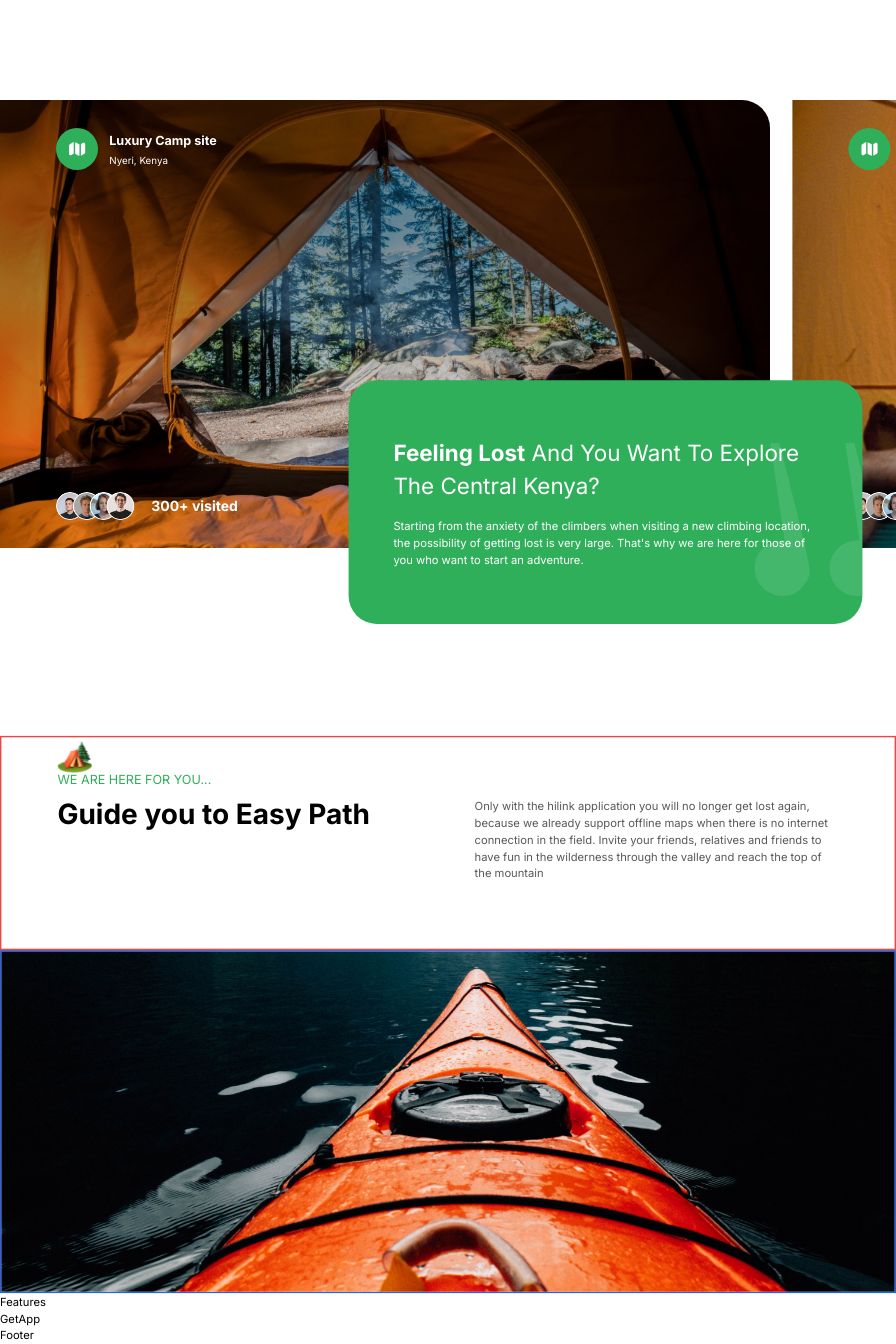
Repository: martin-raphael/travel_agency
Page: /
The author's editor kept a copy of each file at every save. The page is drawn from the files as they stood at one save, then again after the next save.
The browser window is 1280 px wide. The pictures show the part of the page from y = 775 to 2695 px (the page is 2695 px tall), at 70% of full size.
The project was rebuilt for these pictures with package versions that can differ from the ones it lists, and the page was loaded fresh each time. The framework's server and built-in components were replaced by stand-ins that run in the browser. Also part of the build but not shown: next.config.mjs.

Above is the page before, as saved 2024-08-09 00:04:36.

After the next save:
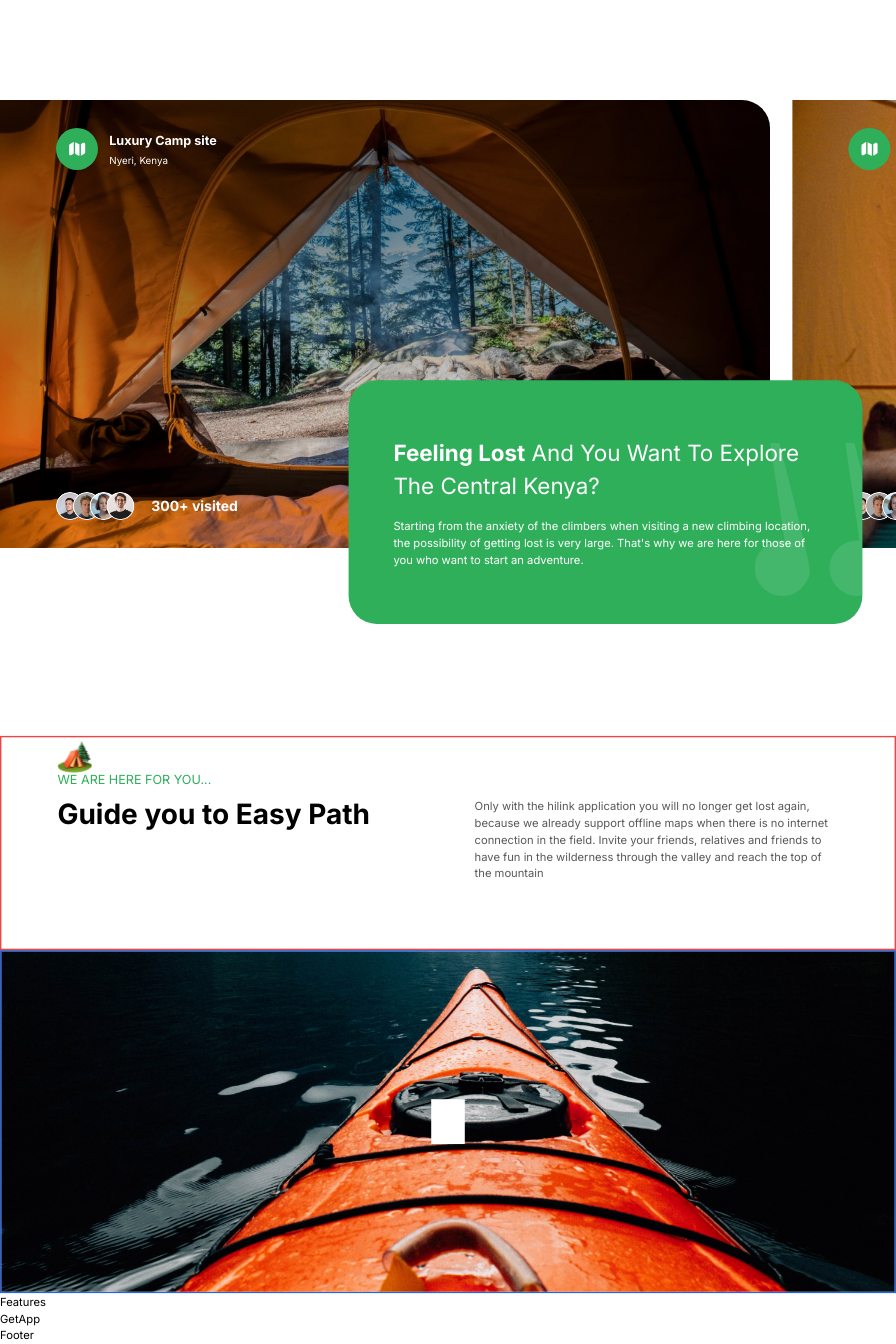
Saved 3 min 20 s later.
--- a/components/Guide.tsx
+++ b/components/Guide.tsx
@@ -24,11 +24,16 @@ const Guide = () => {
       </div>
       <div className="flexCenter max-container relative w-full border-2 border-blue-600">
         <Image
-        className="w-full object-cover object-center 2xl:rounded-5xl "
-        src="/boat.png"
-        alt="boat"
-        width={1440}
-        height={580}/>
+          className="w-full object-cover object-center 2xl:rounded-5xl "
+          src="/boat.png"
+          alt="boat"
+          width={1440}
+          height={580}
+        />
+
+        <div className="absolute flex bg-white py-8 pl-5 pr-7">
+
+        </div>
       </div>
     </section>
   );
